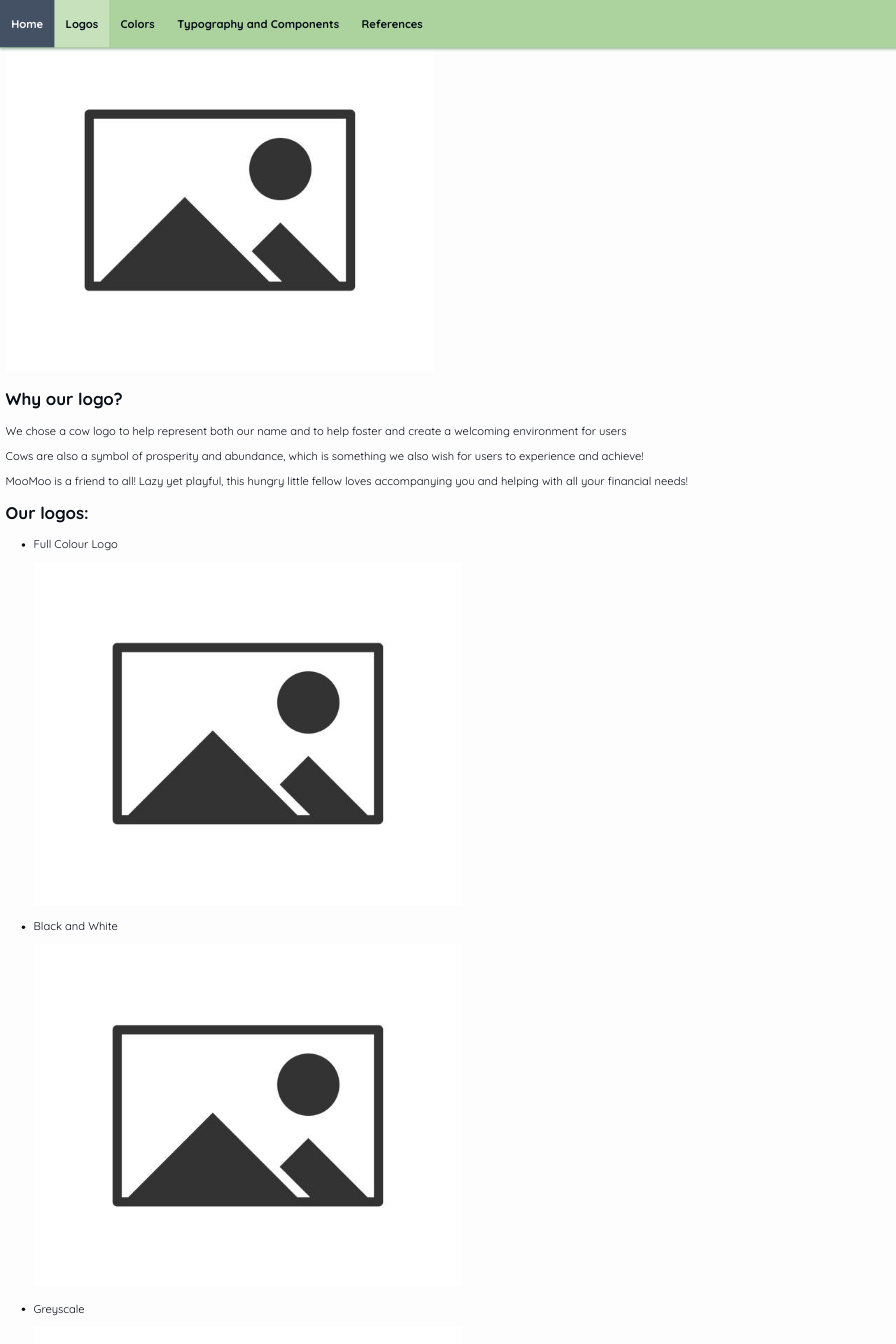
Repository: AlyssaHug/MoolahMate-A5Styleguide
Page: logos.html
The author's editor kept a copy of each file at every save. The page is drawn from the files as they stood at one save, then again after the next save.
The browser window is 1280 px wide. The pictures show the part of the page from y = 0 to 1920 px (the page is 10726 px tall before and 10975 px after), at 70% of full size.

Above is the page before, as saved 2025-03-31 09:37:30.

### logos.html
<!DOCTYPE html>
<html lang="en">
<head>
    <meta charset="UTF-8">
    <meta name="viewport" content="width=device-width, initial-scale=1.0">
    <title>CashFlow - App StyleGuide</title>
    <link rel="stylesheet" href="styles.css">
    <link rel="stylesheet" href="Logo-styles.css">
    <link rel="preconnect" href="https://fonts.googleapis.com">
<link rel="preconnect" href="https://fonts.gstatic.com" crossorigin>
<link href="https://fonts.googleapis.com/css2?family=Libre+Franklin:ital,wght@0,100..900;1,100..900&family=Quicksand:wght@300..700&display=swap" rel="stylesheet">
</head>
<body>
    <ul class="navbar">
        <li class="navbar__item"><a href="home.html">Home</a></li>
        <li class="navbar__item active"><a href="logos.html">Logos</a></li>
        <li class="navbar__item"><a href="colors.html">Colors</a></li>
        <li class="navbar__item"><a href="typography.html">Typography and Components</a></li>
        <li class="navbar__item"><a href="references.html">References</a></li>
    </ul>
    <h1 class="page__title">Our Logos </h1>
    <img class="title__image" src="images/placeholder.jpg" alt="">
    <h2 class="rationale__title">Why our logo?</h2>
    <div class="rationale__why">
        <p class="rational__why-1">
            We chose a cow logo to help represent both our name and to help foster and create a welcoming environment for users </p>
        <p class="rational__why-2">
            Cows are also a symbol of prosperity and abundance, which is something we also wish for users to experience and achieve!
        </p>
        <p class="rational__why-3">
            MooMoo is a friend to all! Lazy yet playful, this hungry little fellow loves accompanying you and helping with all your financial needs!
        </p>
    </div>
    <h2 class="logo__title">Our logos:</h2>
    <div class="logo__drawings">
        <ul class="logo__drawings-list">
            <li class="logo-1">
                <p>Full Colour Logo</p>
                <img class="moomoo-1" src="images/placeholder.jpg" alt="">
            </li>
            <li class="logo-2">
                <p>Black and White</p>
                <img class="moomoo-2" src="images/placeholder.jpg" alt="">
            </li>
            <li class="logo-3">
                <p>Greyscale</p>
                <img class="moomoo-3" src="images/placeholder.jpg" alt="">
            </li>
            <li class="logo-4">
                <p>Monochromatic</p>
                <img class="moomoo-4" src="images/placeholder.jpg" alt="">
            </li>
            <li class="logo-5">
                <p>Horizontal Version</p>
                <img class="moomoo-5" src="images/placeholder.jpg" alt="">
            </li>
            <li class="logo-6">
                <p>Stacked/Vertical Version</p>
                <img class="moomoo-6" src="images/placeholder.jpg" alt="">
            </li>
            <li class="logo-7">
                <p>Favicon Variations</p>
                <img class="moomoo-7" src="images/placeholder.jpg" alt="">
                <div class="moomoo-7-variation">
                    <ul>
                        <li>
                            <p>16 by 16 pixels</p>
                            <img class="moomoo-7-variation-1" src="images/placeholder.jpg" alt="">
                        </li>
                        <li>
                            <p>32 by 32 pixels</p>
                            <img class="moomoo-7-variation-2" src="images/placeholder.jpg" alt="">
                        </li>
                        <li>
                            <p>48 by 48 pixels</p>
                            <img class="moomoo-7-variation-3" src="images/placeholder.jpg" alt="">
                        </li>
                    </ul>
                </div>
            </li>
        </ul>
    </div>
    <h1 class="graphics-and-icons__title">Graphics and Icons</h1>
    <img class="graphics-and-icons__image" src="images/placeholder.jpg" alt="">
    <ul class="graphics-and-icons__q&a">
        <li class="graphics-and-icons__1">
            <img class= "graphics-and-icons__img1" src="images/placeholder.jpg">
            <p class="graphics-and-icons__text1">
                With our imagery and icons, we strived for designs that were accessible and inclusive to everyone who used our app. We wanted to use simple icons that were universally known and understood.
            </p>
        </li >
        <li class="graphics-and-icons__2">
            <img class= "graphics-and-icons__img2" src="images/placeholder.jpg">
            <p class="graphics-and-icons__text2">
                We chose Iconduck to help use create a clean and organized Navbar for our users!
            </p>
        </li>
        <li class="graphics-and-icons__3">
            <img class= "graphics-and-icons__img3" src="images/placeholder.jpg">
            <p class="graphics-and-icons__text3">
                Here are some of the icons found in our app! We believe in both simple and playful designs that engage the user!
            </p>
        </li>
        <li class="graphics-and-icons__4">
            <img class= "graphics-and-icons__img4" src="images/placeholder.jpg">
            <p class="graphics-and-icons__text4">
                We also believe that even the subtlest touches can improve our users experience. Take a look at our various design elements scattered through our app!
            </p>
        </li>
        <li class="graphics-and-icons__5">
            <img class= "graphics-and-icons__img5" src="images/placeholder.jpg">
            <p class="graphics-and-icons__text5">
                We also made sure to include a dark mode for those who may struggle with our original colour palette.
            </p>
        </li>
    </ul>
    <ul class="graphics-and-icons_pt2">
        <li class="graphics-and-icons__6">
            <p class="graphics-and-icons__text6">
                We chose the imagery and icons in our app due to both their inclusivity and accessibility. The icons are simple and understandable for our users, after all, expenses and banking are already difficult as is. We wanted something all users would be able to navigate and use with ease to ensure security and trust in our app. We made sure our icons and image sizing were just right for everyone. We also did various tests with our colours to make sure the contrast was right for all users.
            </p>
            <img class= "graphics-and-icons__img6" src="images/placeholder.jpg">
        </li>
        <li class="graphics-and-icons__7">
            <p class="graphics-and-icons__text7">
                We chose to keep our app simple, clean, and calming to meet the needs and preferences of our users. Privacy, complexity, and a lack of accessibility are all problems many people face with expense apps, and we aimed to eliminate these issues. Our clean designs, stable colours and straightforward imagery all foster a welcoming and inclusive user experience.
            </p>
            <img class= "graphics-and-icons__img7" src="images/placeholder.jpg">
        </li>
    </ul>


</body>
</html>

### styles.css
html {
    font-family: "Quicksand", "Libre Franklin";
    color: #090F19;
    background-color: #FEFDFD;
}

.navbar{
    position: fixed;
    top: 0;
    left: 0;
    width: 105%;
    list-style-type: none;
    margin-top: -10px;
    padding: 0;
    padding-top: 10px;
    overflow: hidden;
    background-color: #ACD39D;
    box-shadow: 0 4px 4px #01430e61;
}
.navbar__item {
    float: left;
    text-align: center;
}

li a {
    display: block;
    padding: 24px 16px;
        color: #090F19;
    text-decoration: none;
    font-weight: bold;
}
li a:hover {
    color: #FEFDFD;
    background-color: #445063;
}
.active {
    background-color: #C6E1BB;
    color: #526F53;
}
.page-title {
font-size: 60px;
text-align: center;
}
.page-content {
    padding-top: 60px;
}

### Logo-styles.css
.page__title {
    text-align: center;
    font-size: 1em;
}

After the next save:
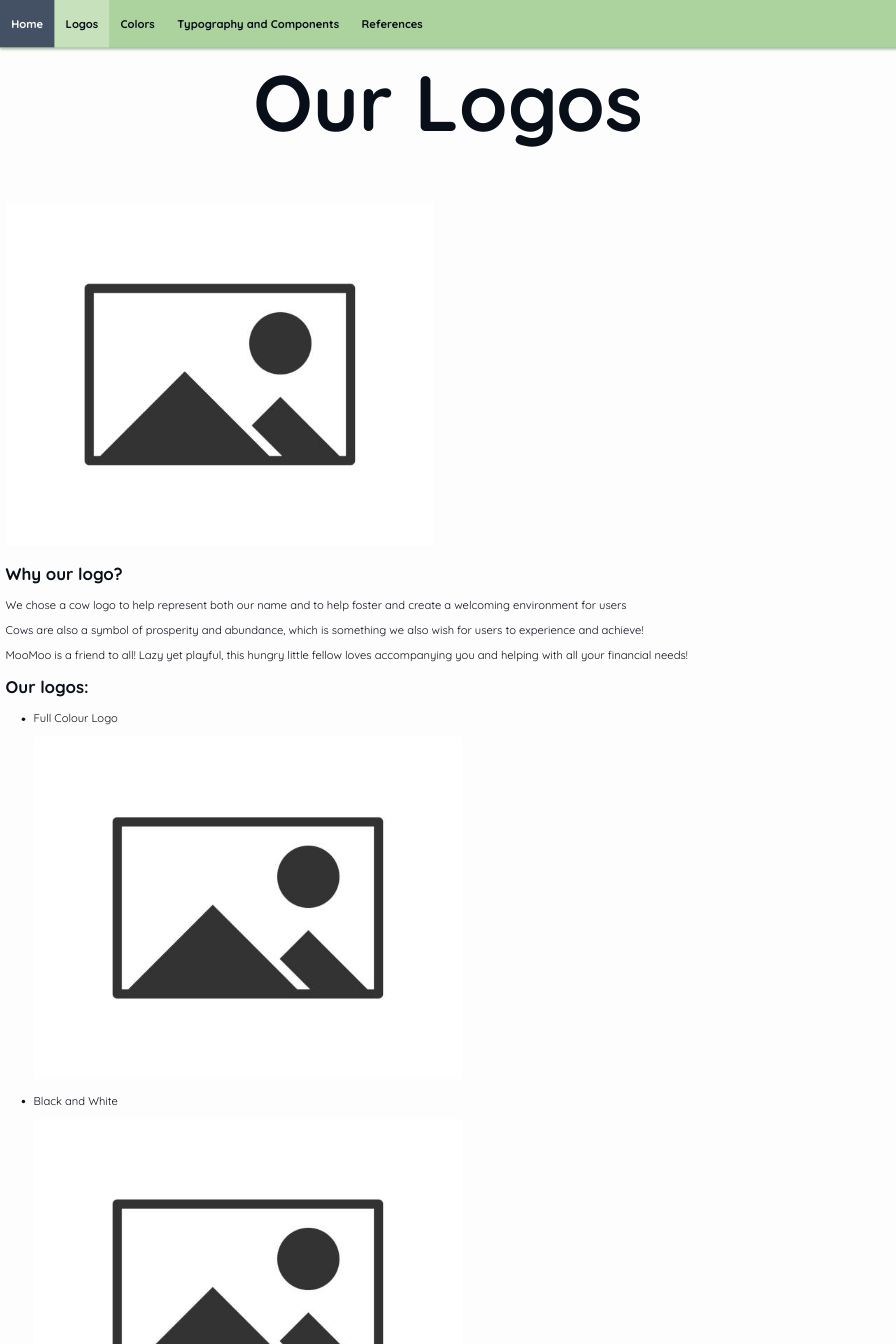
Saved 68 s later.
--- a/Logo-styles.css
+++ b/Logo-styles.css
@@ -1,4 +1,4 @@
 .page__title {
     text-align: center;
-    font-size: 1em;
+    font-size: 7em;
 }
